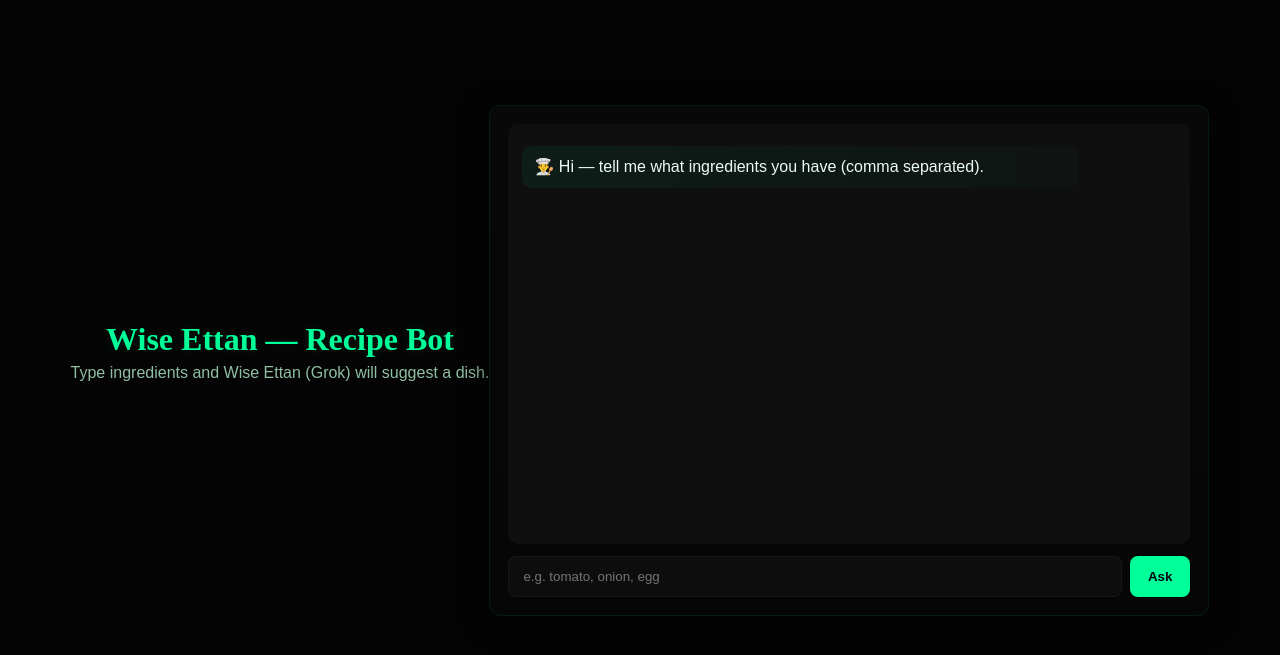
Repository: ryukkzz/Wise-Ettan-s-Zone
Page: cooking.html
These files come from the project's save history. The page is drawn as it stood at one moment and after the next save; the edit follows.
The browser window is 1280 px wide. The pictures show the whole page.

Above is the page before, as saved 2025-08-09 01:40:30.

### cooking.html
<!DOCTYPE html>
<html lang="en">
<head>
  <meta charset="utf-8" />
  <meta name="viewport" content="width=device-width,initial-scale=1" />
  <title>Grok Recipe Bot</title>
  <link rel="stylesheet" href="cooking.css" />
</head>
<body>
  <main class="page">
    <header class="header">
      <h1>Wise Ettan — Recipe Bot</h1>
      <p class="sub">Type ingredients and Wise Ettan (Grok) will suggest a dish.</p>
    </header>

    <section class="chat">
      <div id="messages" class="messages">
        <div class="bot msg">👨‍🍳 Hi — tell me what ingredients you have (comma separated).</div>
      </div>

      <form id="input-form" class="input-area">
        <input id="ingredients" type="text" placeholder="e.g. tomato, onion, egg" autocomplete="off" />
        <button type="submit">Ask</button>
      </form>
    </section>
  </main>

  <script src="script1.js"></script>
</body>
</html>

### cooking.css
:root{
  --bg: #050405;
  --panel: #0f0f10;
  --accent: #00ff99;
  --muted: #bfcfc6;
  --glass: rgba(255,255,255,0.03);
}

*{box-sizing:border-box}
html,body{height:100%;margin:0;font-family:Arial, Helvetica, sans-serif;background:var(--bg);color:var(--muted)}

.page{
  min-height:100vh;
  display:flex;
  align-items:center;
  justify-content:center;
  padding:28px;
}

.header{ text-align:center; margin-bottom:18px; }
.header h1{
  font-family: 'Cinzel Decorative', serif;
  font-weight:700;
  color:var(--accent);
  text-shadow:0 0 12px rgba(0,255,153,0.12);
  margin:0 0 6px;
}
.sub{ color:#8fbfa2; margin:0; }

.chat{
  width:100%;
  max-width:720px;
  background:linear-gradient(180deg, rgba(255,255,255,0.02), rgba(255,255,255,0.01));
  border:1px solid rgba(0,255,153,0.07);
  padding:18px;
  border-radius:12px;
  box-shadow:0 6px 30px rgba(0,0,0,0.6);
}

.messages{
  height:420px;
  overflow:auto;
  padding:14px;
  background:var(--panel);
  border-radius:10px;
  margin-bottom:12px;
}

.msg{ padding:10px 12px; border-radius:10px; margin:8px 0; max-width:85%; line-height:1.4; }
.bot{ background: linear-gradient(90deg, rgba(0,255,153,0.06), rgba(0,255,153,0.02)); color:#eafbf3; align-self:flex-start; }
.user{ background: linear-gradient(90deg, rgba(255,255,255,0.06), rgba(255,255,255,0.02)); color:#fff; align-self:flex-end; margin-left:auto; }

.input-area{ display:flex; gap:8px; }
.input-area input{
  flex:1;
  padding:12px 14px;
  border-radius:8px;
  border:1px solid rgba(255,255,255,0.04);
  background:var(--glass);
  color:white;
  outline:none;
}
.input-area button{
  padding:12px 18px;
  border-radius:8px;
  border:none;
  background:var(--accent);
  color:#001;
  font-weight:700;
  cursor:pointer;
}
.input-area button:hover{ filter:brightness(.95) }

@media (max-width:480px){
  .messages{ height:340px }
}

### script1.js
const form = document.getElementById("input-form");
const messages = document.getElementById("messages");
const ingredientsInput = document.getElementById("ingredients");

function appendMessage(text, who = "bot") {
  const div = document.createElement("div");
  div.className = who === "user" ? "msg user" : "msg bot";
  div.textContent = text;
  messages.appendChild(div);
  messages.scrollTop = messages.scrollHeight;
}

form.addEventListener("submit", async (e) => {
  e.preventDefault();
  const ingredients = ingredientsInput.value.trim();
  if (!ingredients) return;
  appendMessage("You: " + ingredients, "user");
  ingredientsInput.value = "";
  appendMessage("Thinking…", "bot");

  try {
    const res = await fetch("/api/recipe", {
      method: "POST",
      headers: { "Content-Type": "application/json" },
      body: JSON.stringify({ ingredients })
    });

    const json = await res.json();
    // Remove the "Thinking..." placeholder (last bot message) and show real reply
    // simple remove last bot message if it equals "Thinking…"
    const lastMsgs = Array.from(messages.querySelectorAll(".msg.bot"));
    if (lastMsgs.length) {
      const last = lastMsgs[lastMsgs.length - 1];
      if (last.textContent === "Thinking…") last.remove();
    }

    if (res.ok) {
      appendMessage(json.reply || "Sorry, no suggestion.", "bot");
    } else {
      appendMessage("Error: " + (json.error || "Server error"), "bot");
    }
  } catch (err) {
    console.error(err);
    appendMessage("Network error. Try again.", "bot");
  }
});

After the next save:
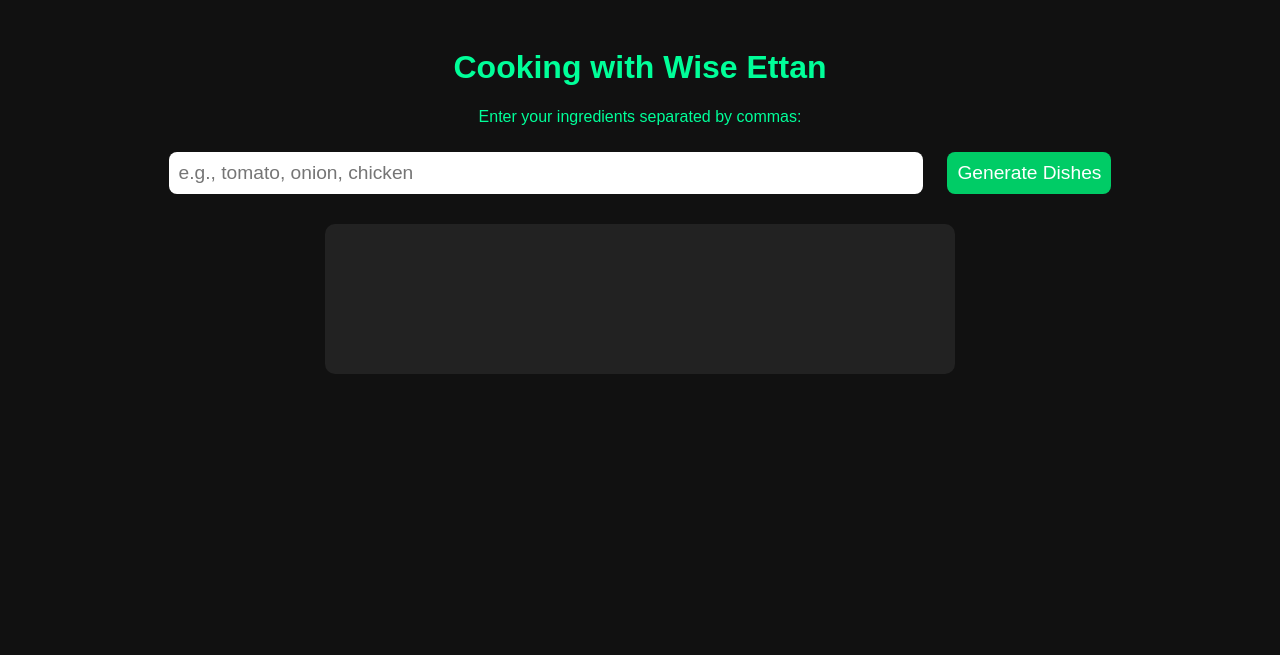
Saved 8 min 15 s later.
--- a/cooking.html
+++ b/cooking.html
@@ -1,30 +1,89 @@
 <!DOCTYPE html>
 <html lang="en">
 <head>
-  <meta charset="utf-8" />
-  <meta name="viewport" content="width=device-width,initial-scale=1" />
-  <title>Grok Recipe Bot</title>
-  <link rel="stylesheet" href="cooking.css" />
+<meta charset="UTF-8" />
+<meta name="viewport" content="width=device-width, initial-scale=1" />
+<title>Cooking with Wise Ettan</title>
+<style>
+  body {
+    font-family: Arial, sans-serif;
+    background: #111;
+    color: #00ff99;
+    padding: 20px;
+    text-align: center;
+  }
+  input, button {
+    font-size: 1.2em;
+    padding: 10px;
+    margin: 10px;
+    border-radius: 8px;
+    border: none;
+  }
+  input {
+    width: 60%;
+  }
+  button {
+    background-color: #00cc66;
+    color: white;
+    cursor: pointer;
+  }
+  button:hover {
+    background-color: #009944;
+  }
+  #results {
+    margin-top: 20px;
+    background: #222;
+    padding: 15px;
+    border-radius: 10px;
+    min-height: 120px;
+    white-space: pre-wrap;
+    text-align: left;
+    max-width: 600px;
+    margin-left: auto;
+    margin-right: auto;
+  }
+</style>
 </head>
 <body>
-  <main class="page">
-    <header class="header">
-      <h1>Wise Ettan — Recipe Bot</h1>
-      <p class="sub">Type ingredients and Wise Ettan (Grok) will suggest a dish.</p>
-    </header>
 
-    <section class="chat">
-      <div id="messages" class="messages">
-        <div class="bot msg">👨‍🍳 Hi — tell me what ingredients you have (comma separated).</div>
-      </div>
+<h1>Cooking with Wise Ettan</h1>
+<p>Enter your ingredients separated by commas:</p>
+<input type="text" id="ingredientsInput" placeholder="e.g., tomato, onion, chicken" />
+<button id="generateBtn">Generate Dishes</button>
 
-      <form id="input-form" class="input-area">
-        <input id="ingredients" type="text" placeholder="e.g. tomato, onion, egg" autocomplete="off" />
-        <button type="submit">Ask</button>
-      </form>
-    </section>
-  </main>
+<div id="results"></div>
 
-  <script src="script1.js"></script>
+<script>
+  async function generateDishes() {
+    const ingredients = document.getElementById("ingredientsInput").value.trim();
+    const resultsDiv = document.getElementById("results");
+    if (!ingredients) {
+      alert("Please enter some ingredients!");
+      return;
+    }
+
+    resultsDiv.textContent = "Wise Ettan is cooking your dishes... 🍳";
+
+    try {
+      const response = await fetch("/api/recipe", {
+        method: "POST",
+        headers: { "Content-Type": "application/json" },
+        body: JSON.stringify({ ingredients })
+      });
+
+      if (!response.ok) throw new Error("API error");
+
+      const data = await response.json();
+
+      resultsDiv.textContent = data.reply;
+    } catch (e) {
+      resultsDiv.textContent = "Oops! Wise Ettan burnt the dishes. Try again.";
+      console.error(e);
+    }
+  }
+
+  document.getElementById("generateBtn").addEventListener("click", generateDishes);
+</script>
+
 </body>
 </html>
